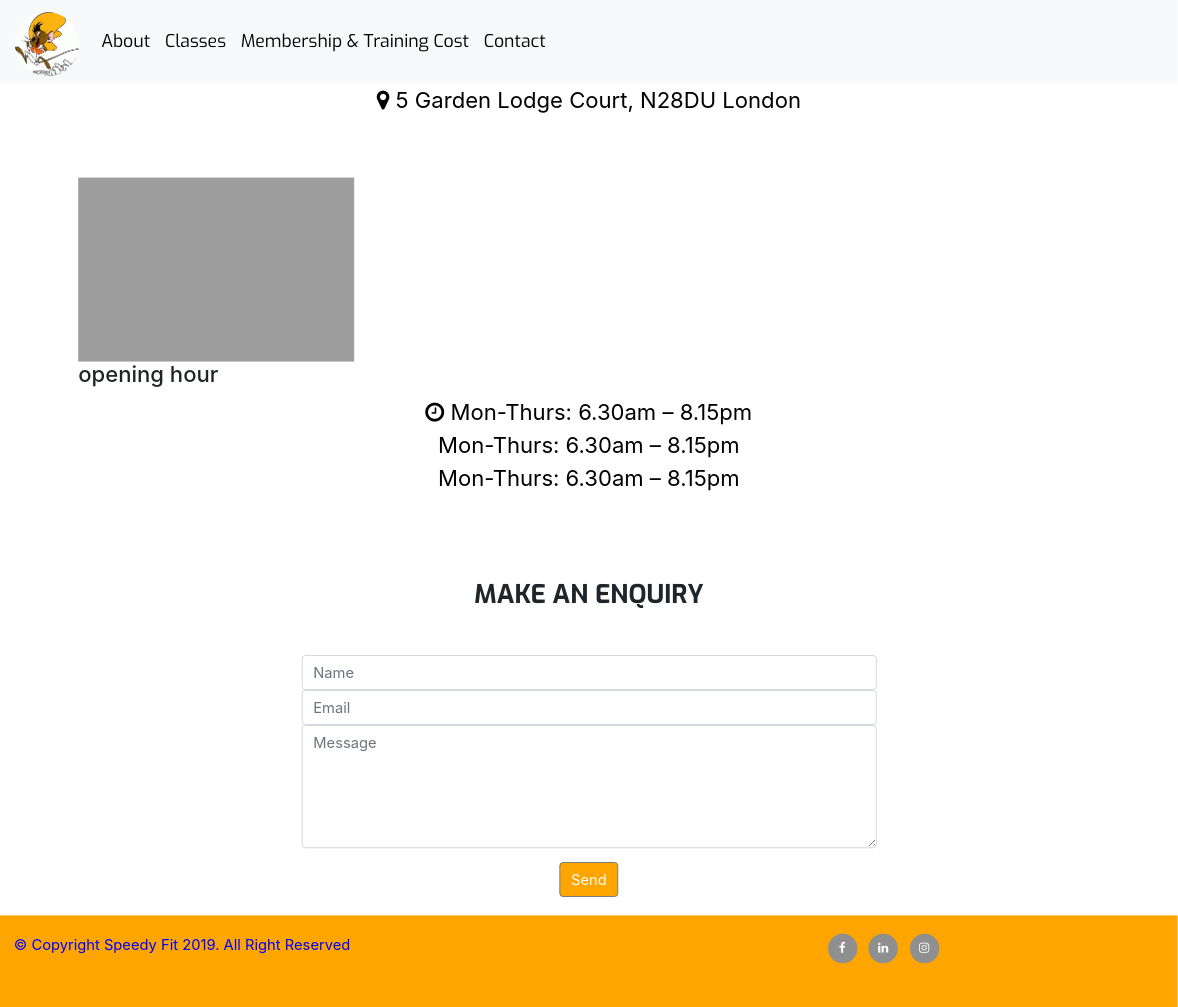
Repository: marcomoreschi/Milestrone-project
Page: contact.html
The author's editor kept a record of every edit. The page is drawn from the files as they stood at one moment, then again after the next edit.
The browser window is 1280 px wide. The pictures show the whole page, at 92% of full size.
Pictures or frames that could not be fetched are drawn as grey boxes. Some web libraries are served in a nearby version.

Above is the page before.

### contact.html
<!DOCTYPE html>
<html lang="en">

<head>
    <meta charset="UTF-8">
    <meta name="viewport" content="width=device-width, initial-scale=1.0">
    <meta http-equiv="X-UA-Compatible" content="ie=edge">
    <link rel="stylesheet" href="https://maxcdn.bootstrapcdn.com/bootstrap/4.2.1/css/bootstrap.min.css" type="text/css" />
    <link rel="stylesheet" href="https://maxcdn.bootstrapcdn.com/font-awesome/4.7.0/css/font-awesome.min.css" type="text/css" />
    <link rel="stylesheet" href="https://cdnjs.cloudflare.com/ajax/libs/hover.css/2.1.1/css/hover-min.css" type="text/css" />
    <link rel="stylesheet" href="assets/css/style.css">
    <title>Speedy Fit</title>
</head>

<body>

    <header>

        <nav class="navbar navbar-expand-lg navbar-light bg-light">
            <a class="navbar-brand" href="index.html">
      <img src="assets/images/logo.jpg"></img>
        </a>
            <button class="navbar-toggler" type="button" data-toggle="collapse" data-target="#navbarNavDropdown" aria-controls="navbarNavDropdown" aria-expanded="false" aria-label="Toggle navigation">
    <span class="navbar-toggler-icon"></span>
  </button>
            <div class="collapse navbar-collapse" id="navbarNavDropdown">
                <ul class="navbar-nav">
                    <li class="nav-item active">
                        <a class="nav-link" href="index.html">About<span class="sr-only">(current)</span></a>
                    </li>
                    <li class="nav-item">
                        <a class="nav-link" href="classes.html">Classes</a>
                    </li>
                    <li class="nav-item">
                        <a class="nav-link" href="membership&trainingcost.html">Membership & Training Cost</a>
                    </li>
                    <li class="nav-item">
                        <a class="nav-link" href="contact.html">Contact</a>
                    </li>
                </ul>
            </div>
        </nav>

    </header>

    <section class="container location-gym">
        <p> <i class="fa fa-map-marker" aria-hidden="true"></i> 5 Garden Lodge Court, N28DU London</p>

<!-- Link Google Maps -->
<div class="mapouter"><div class="gmap_canvas"><iframe width="300" height="200" id="gmap_canvas" src="https://maps.google.com/maps?q=east%20finchley&t=&z=13&ie=UTF8&iwloc=&output=embed" frameborder="0" scrolling="no" marginheight="0" marginwidth="0"></iframe><a href="https://www.embedgooglemap.net/blog/torguard-promo-code/"></a></div>
<style>.mapouter{ position:relative; text-align:right;height:200px;width:300px;}
.gmap_canvas {overflow:hidden;background:none!important;height:200px;width:300px;}</style></div>
    </section>

    <section class="container opening-hour">
        <h4>opening hour</h4>
        <p><i class="fa fa-clock-o" aria-hidden="true"></i> Mon-Thurs: 6.30am – 8.15pm <br>Mon-Thurs: 6.30am – 8.15pm <br> Mon-Thurs: 6.30am – 8.15pm</p>

    </section>
    <section class="container-fluid">
        <div class="row bg-color-contact">
            <div class="col">
                <h3 class="contact-heading">Make an enquiry</h3>

                <div class="center-form">
                    <form>
                        <input type="text" name="name" id="fullname" class="form-control" placeholder="Name" required />
                        <input type="email" name="email" id="fullname" class="form-control" placeholder="Email" required />
                        <textarea rows="5" type="email" name="message" id="message" class="form-control" placeholder="Message" required></textarea>
                        <div class="form-row text-center">
                            <div class="col">
                                <button type="submit" class="btn btn-secondary">Send</button>
                            </div>
                        </div>
                    </form>
                </div>
            </div>
        </div>
    </section>

    <footer class="container-fluid ">
        <div id="footer-details " class="row ">
            <div class="col-sm-6 ">
                <p class="copyright">&#169; Copyright Speedy Fit 2019. All Right Reserved</p>
            </div>
            <div class="col-sm-6 ">
                <ul class="list-inline social-links ">
                    <li class="list-inline-item ">
                        <a target="_blank " href="# ">
                            <i class="fa fa-facebook " aria-hidden="true "></i>
                            <span class="sr-only ">Facebook</span>
                        </a>
                    </li>
                    <li class="list-inline-item ">
                        <a target="_blank " href="#">
                            <i class="fa fa-linkedin " aria-hidden="true "></i>
                            <span class="sr-only ">LinkedIn</span>
                        </a>
                    </li>
                    <li class="list-inline-item ">
                        <a target="_blank " href="# ">
                            <i class="fa fa-instagram " aria-hidden="true "></i>
                            <span class="sr-only ">Instagram</span>
                        </a>
                    </li>
                </ul>
            </div>
        </div>
        </div>
        </div>
    </footer>


    <!-- Bootstraps Link -->
<script src="https://code.jquery.com/jquery-3.3.1.slim.min.js" integrity="sha384-q8i/X+965DzO0rT7abK41JStQIAqVgRVzpbzo5smXKp4YfRvH+8abtTE1Pi6jizo" crossorigin="anonymous"></script>
<script src="https://cdnjs.cloudflare.com/ajax/libs/popper.js/1.14.6/umd/popper.min.js" integrity="sha384-wHAiFfRlMFy6i5SRaxvfOCifBUQy1xHdJ/yoi7FRNXMRBu5WHdZYu1hA6ZOblgut" crossorigin="anonymous"></script>
<script src="https://stackpath.bootstrapcdn.com/bootstrap/4.2.1/js/bootstrap.min.js" integrity="sha384-B0UglyR+jN6CkvvICOB2joaf5I4l3gm9GU6Hc1og6Ls7i6U/mkkaduKaBhlAXv9k" crossorigin="anonymous"></script>

</body>

</html>

### assets/css/style.css
@import url('https://fonts.googleapis.com/css?family=Roboto:100,200,300,400,500,600,700|Exo:100,200,300,400,500,600,700');


/* -----------------------------------------Heading */

.navbar {
    margin-bottom: 0;
    border: 0;
    background-color: black;
    text-align: center;
}

.navbar-brand {
    height: 75px;
}

.navbar-brand img {
    width: 70px;
    height: 70px;
    border-radius: 50%;
}

.nav-item a {
    font-size: 1.2em;
    font-family: 'Exo', sans-serif;
    color: black !important;
}

.navbar ul li a:hover {
    color: #ffa500 !important;
    transition: all 0.35s ease-in-out;
    -moz-transition: all 0.35s ease-in-out;
    -webkit-transition: all 0.35s ease-in-out;
    -o-transition: all 0.35s ease-in-out;
}

/* -----------------------------------------About */

.rope {
    width: 100%;
    height: 600px;
}

.container h2 {
    text-align: center;
    padding-top: 30px;
    color: #000;
    text-transform: uppercase;
}

.container p {
    text-align: center;
    padding-bottom: 50px;
    color: #000;
    font-size: 1.5em;
}
/* -----------------------------------------Contact Form */


.container-fluid h3 {
    text-transform: uppercase;
    font-weight: bold;
    text-align: center;
}
.contact-heading {
    font-family: "Exo", sans-serif;
    font-weight: 300;
    margin-top: 25px;
    margin-bottom: 20px;
}

.center-form {
    padding-top: 20px;
    margin: 0 auto;
    max-width: 70%;
}

button[type="submit"] {
    margin-top: 15px;
    margin-bottom: 20px;
    color: #fafafa;
    background-color: #ffa500;
}

/* create media queries so it look good on mobilephone */
@media(min-width: 992px) {
    .center-form {
        padding-top: 30px;
        min-height: 240px;
        margin: 0 auto;
        max-width: 50%;
    }
}

/* -----------------------------------------Footer */

footer {
    background-color: #ffa500;
    color: #fafafa;
    min-height: 100px;
    margin: 0;
}

.social-links {
    padding-top: 20px;
    text-align: center;
}

.social-links li a i {
    width: 32px;
    height: 32px;
    padding: 12px 0;
    border-radius: 50%;
    font-size: 13px;
    line-height: 7px;
    text-align: center;
    color: #fafafa;
    background: #8f8f8f;
    transition: all 0.35s ease-in-out;
    -moz-transition: all 0.35s ease-in-out;
    -webkit-transition: all 0.35s ease-in-out;
    -o-transition: all 0.35s ease-in-out;
}

.social-links li a i:hover {
    background: #e84610;
}

.copyright {
    color: blue;
    padding-top: 20px;
}

After the next edit:
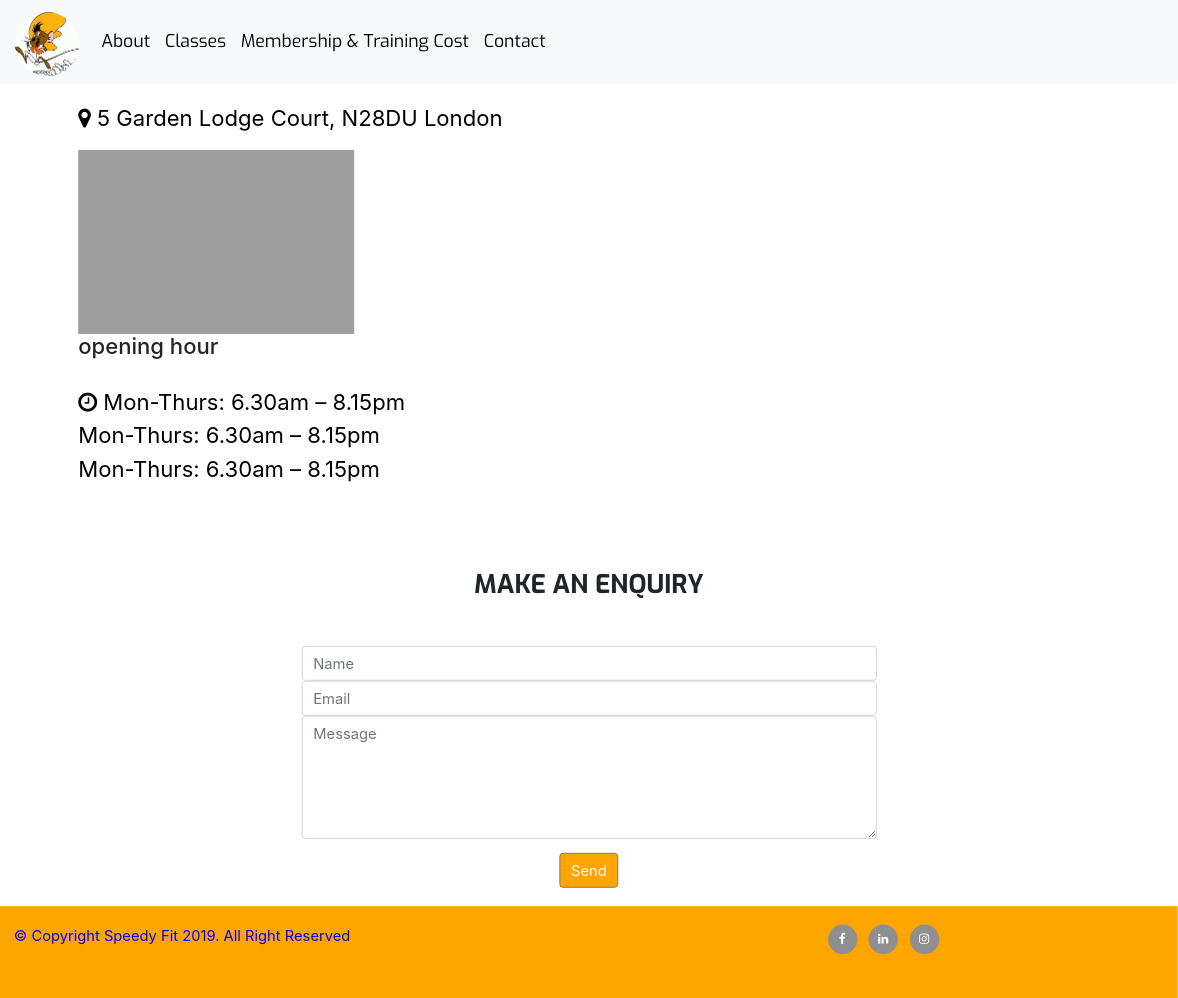
The edit:
--- a/assets/css/style.css
+++ b/assets/css/style.css
@@ -56,6 +56,19 @@
 }
 /* -----------------------------------------Contact Form */
 
+.opening-hour p {
+    text-align: left;
+    padding-top: 20px;
+}
+
+.mapouter {
+    margin-top: -50px;
+}
+
+.location-gym p {
+    text-align: left;
+    padding-top: 20px;
+}
 
 .container-fluid h3 {
     text-transform: uppercase;
